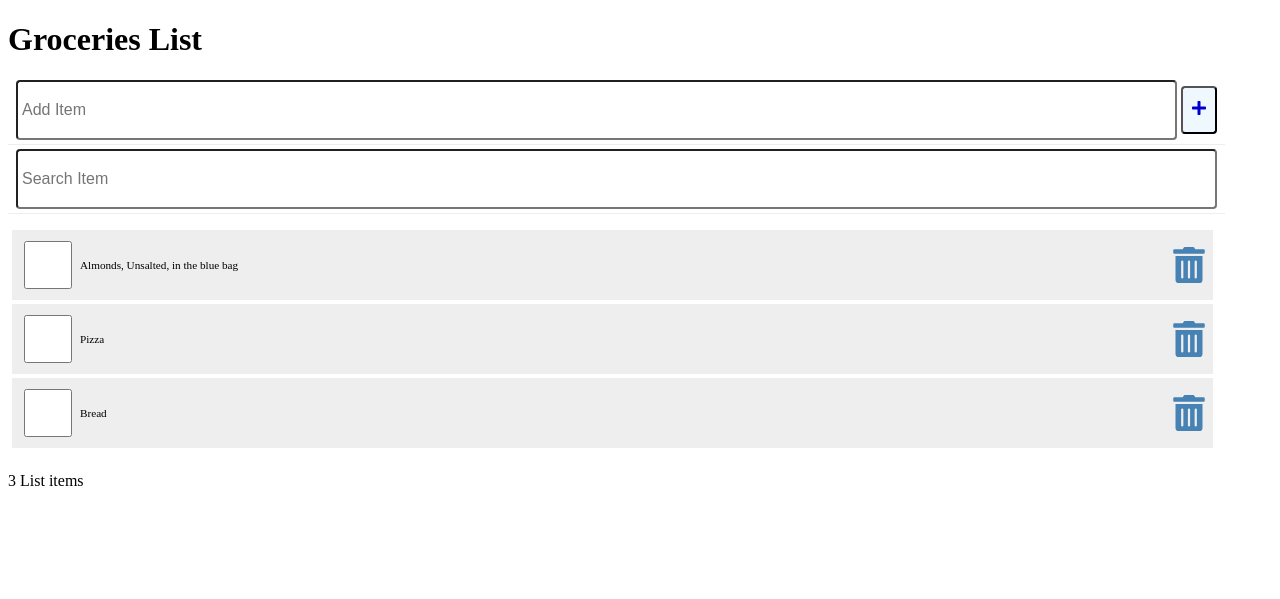
Repository: akinmiday/react-series
Page: /
The author's editor kept a copy of each file at every save. The page is drawn from the files as they stood at one save, then again after the next save.
The browser window is 1280 px wide. The pictures show the whole page.
The project was rebuilt for these pictures with package versions that can differ from the ones it lists, and the page was loaded fresh each time. Requests to the local data server were answered from the project's data file. Also part of the build but not shown: vite.config.js, src/index.css.

Above is the page before, as saved 2023-08-22 14:53:23.

### src/App.jsx
import { useState, useEffect } from 'react'
import './App.css'
import Content from './Content'
import Footer from './Footer'
import Header from './Header'
import AddItem from './AddItem'
import SearchItem from './SearchItem'

const App = () => {

  const API_URL = 'http://localhost:3500/items'

  const [items, setItems] = useState([])
  const [newItem, setNewItem] = useState('')
  const [search, setSearch] = useState('')


  useEffect(() => {

    const fetchItems = async () => {
      try {
        const response = await fetch(API_URL)
        const listItems = await response.json()
        console.log(listItems)
        setItems(listItems)
      } catch (err) {
        console.log(err.stack)
      }
    }

    (async () => await fetchItems())()
  }, [])



  const addItem = (item) => {
    const id = items.length ? items[items.length - 1].id + 1 : 1;
    const myNewItem = { id, checked: false, item }
    const listItems = [...items, myNewItem]
    setItems(listItems)
  }


  const handleCheck = (id) => {
    const listItems = items.map((item) => item.id === id ? { ...item, checked: !item.checked } : item)
    setItems(listItems)
  }


  const handleDelete = (id) => {
    const listItems = items.filter((item) => item.id !== id)
    setItems(listItems)
  }


  const handleSubmit = (e) => {
    e.preventDefault()
    if (!newItem) return
    addItem(newItem)
    setNewItem('')
  }

  return (
    <>
      <Header title="Groceries List" />

      <AddItem
        newItem={newItem}
        setNewItem={setNewItem}
        handleSubmit={handleSubmit}
      />

      <SearchItem
        search={search}
        setSearch={setSearch}
      />

      <Content
        items={items.filter(item => ((item.item).toLowerCase()).includes(search.toLowerCase()))}
        handleCheck={handleCheck}
        handleDelete={handleDelete}
      />
      <Footer length={items.length} />
    </>
  )
}

export default App

### src/App.css
ul {
    width: 95%;
    list-style: none;
    padding: 0 0.25rem 0.25rem;
}

ul li::before{
    content: "\200B";
}

.item{
    display: flex;
    justify-content: flex-start;
    align-items: center;
    padding: 0.5rem 0 0.5rem 0.5rem;
    margin: 0.25rem 0;
    background-color: #eee;
}

.item input[type="checkbox"] {
    text-align: center;
    width: 2.5rem;
    width: 48px;
    min-width: 48px;
    height: 2.5rem;
    height: 48px;
    min-height: 48px;
    cursor: pointer;
    margin-right: 0.5rem;
}

.item input[type="checkbox"]:focus + label{
text-decoration: underline;
}

.item > label{
    font-size: 0.7rem;
    flex-grow: 1;
}

.item svg{
    width: 48px;
    min-width: 48px;
    height: 36px;
    font-size: 2px;
    color: steelblue;
    cursor: pointer;
}

.item svg:focus,
.item svg:hover{
    color: red;
    outline: none;
}

.addForm{
    width: 95%;
    display: flex;
    justify-content: flex-start;
    align-items: center;
    margin: 0.5rem 0 0;
    padding: 0 0.5rem 0.25rem;
    border-bottom: 1px solid #eee;
}

.addForm label{
    position: absolute;
    left: -99999px;
}

.addForm input[type='text']{
    flex-grow: 1;
    max-width: calc(100% - 50px);
    min-height: 48px;
    font-size: 1rem;
    padding: 0.25rem ;
    border-radius: 0.25rem;
    margin-right: 0.25rem;
    outline: none;
}

button{
    height: 48px;
    min-height: 48px;
    border-radius: 0.25rem;
    padding: 0.5rem;
    font-size: 1rem;
    background-color: aliceblue;
    color: mediumblue;
    cursor: pointer;
}

button:focus,
button:hover{
    color:white;
    background-color: limegreen;
    outline: none;
}

.searchForm {
    width: 95%;
    display: flex;
    justify-content: flex-start;
    margin: 0.25rem 0 0;
    padding: 0 0.5rem 0.25rem;
    border-bottom: 1px solid #eee;
}

.searchForm label {
    position: absolute;
    left: -9999px
}

.searchForm input[type='text']{
    flex-grow: 1;
    max-width: 100%;
    min-height: 48px;
    font-size: 1rem;
    padding: 0.25rem;
    border-radius: 0.25rem;
    outline: none;
}

### src/Content.jsx
/* eslint-disable react/prop-types */

import ItemList from "./ItemList"


const Content = ({ items, handleCheck, handleDelete }) => {

    return (
        <>
            {items.length ? (
                <ItemList
                    items={items}
                    handleCheck={handleCheck}
                    handleDelete={handleDelete}
                />
            ) : (
                <p style={{ marginTop: '2rem' }} >Your List is empty</p >
            )}
        </>
    )
}

export default Content

### src/Footer.jsx
// eslint-disable-next-line react/prop-types
const Footer = ({ length }) => {

  return (
    <div>
      <p>{length} List {length <= 1 ? "item" : "items"}  </p>
    </div>
  )
}

export default Footer

### src/Header.jsx
// eslint-disable-next-line react/prop-types
const Header = ({ title }) => {
    return (
        <header>
            <h1>{title}</h1>
        </header>
    )
}

export default Header

### src/AddItem.jsx
import { FaPlus } from "react-icons/fa"
import { useRef } from "react"

// eslint-disable-next-line react/prop-types
function AddItem({ newItem, setNewItem, handleSubmit }) {

    const inputRef = useRef()

    return (
        <form className="addForm" onSubmit={handleSubmit} >
            <label htmlFor="addItem">Add Item</label>
            <input
                autoFocus
                ref={inputRef}
                id="addItem"
                type="text"
                placeholder="Add Item"
                required
                value={newItem}
                onChange={(e) => setNewItem(e.target.value)}
            />
            <button
                type="submit"
                aria-label="Add Item"
                onClick={() => inputRef.current.focus()}
            >
                <FaPlus />
            </button>

        </form>
    )
}

export default AddItem

### src/SearchItem.jsx
// eslint-disable-next-line react/prop-types
const SearchItem = ({ search, setSearch }) => {
    return (
        <form className="searchForm" onSubmit={(e) => e.preventDefault()} >
            <label htmlFor="search" >Search</label>
            <input
                id='search'
                type='text'
                role='searchbox'
                placeholder="Search Item"
                value={search}
                onChange={(e) => setSearch(e.target.value)}
            />
        </form>
    )
}

export default SearchItem

### src/ItemList.jsx
/* eslint-disable react/prop-types */
import LineItem from "./LineItem"

const ItemList = ({ items, handleCheck, handleDelete }) => {
    return (
        <ul>
            {items.map((item) => (
                <LineItem
                    key={item.id}
                    item={item}
                    handleCheck={handleCheck}
                    handleDelete={handleDelete}
                />
            ))}
        </ul>
    )
}

export default ItemList

### src/LineItem.jsx
/* eslint-disable react/prop-types */
import { FaTrashAlt } from "react-icons/fa"

const LineItem = ({ item, handleCheck, handleDelete }) => {
    return (
        <li className='item'>
            <input
                type='checkbox'
                checked={item.checked}
                onChange={() => handleCheck(item.id)}
            />
            <label
                style={(item.checked) ? { textDecoration: 'line-through' } : null}
                onDoubleClick={() => handleCheck(item.id)}
            >{item.item}</label>
            <FaTrashAlt
                onClick={() => handleDelete(item.id)}
                role='button'
                tabIndex="0"
                aria-label={`Delete ${item.item}`}
            />
        </li>
    )
}

export default LineItem

### data/db.json
{
    "items": [
        {
            "id": 1,
            "checked":false,
            "item":"Almonds, Unsalted, in the blue bag"
        },
        {
            "id": 2,
            "checked":false,
            "item":"Pizza"
        },
        {
            "id": 3,
            "checked":false,
            "item":"Bread"
        }
    ]
}

Loaded but not shown: index.html (common file); src/main.jsx (common file)

After the next save:
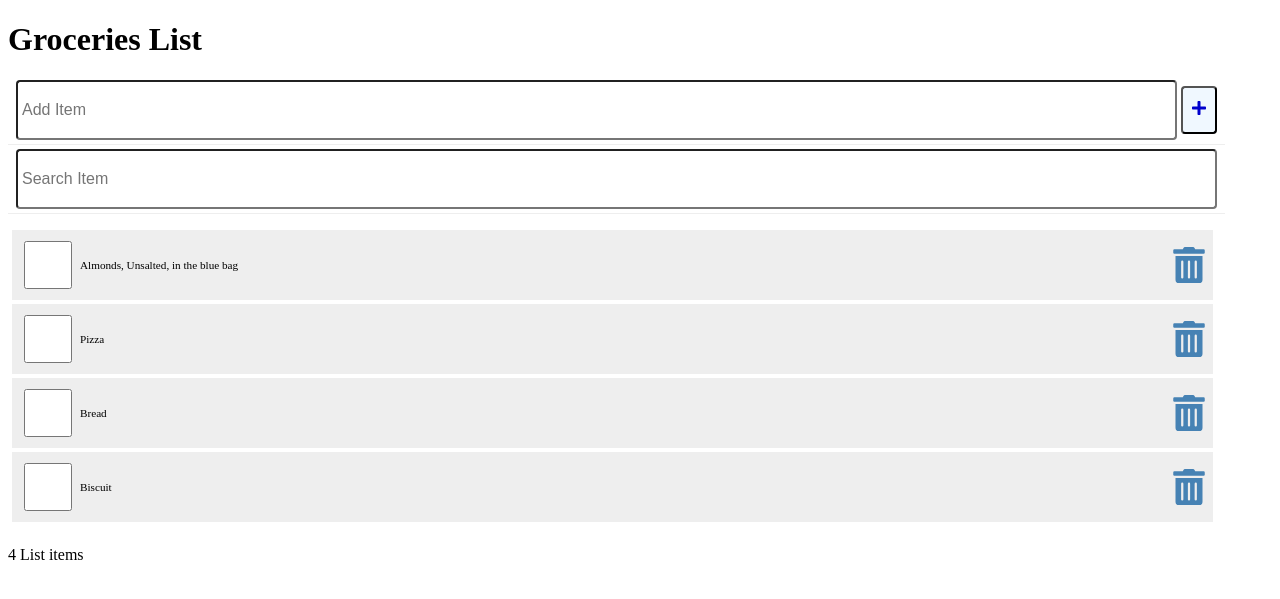
Saved 28 s later.
--- a/data/db.json
+++ b/data/db.json
@@ -14,6 +14,11 @@
             "id": 3,
             "checked":false,
             "item":"Bread"
+        },
+        {
+            "id": 4,
+            "checked":false,
+            "item":"Biscuit"
         }
     ]
 }
